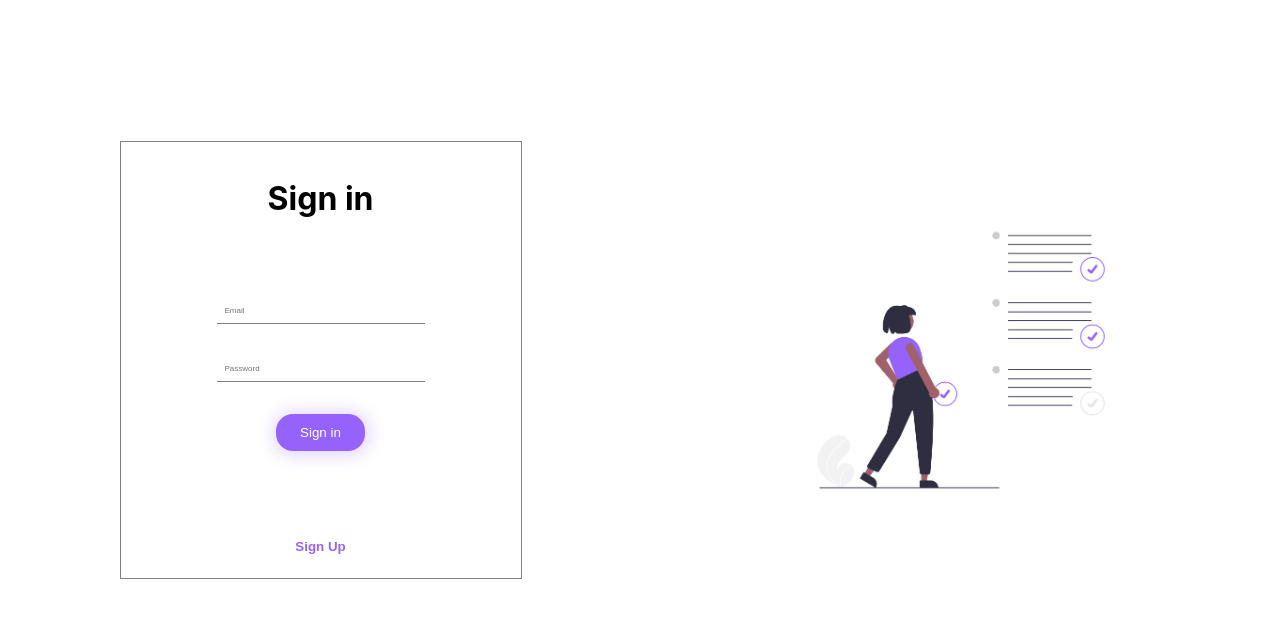
Repository: EEOOOO/wanted-pre-onboarding-fe
Page: / (app in to-do-list-app/)
These files come from the project's save history. The page is drawn as it stood at one moment and after the next save; the edit follows.
The browser window is 1280 px wide. The pictures show the whole page.
The project was rebuilt for these pictures with package versions that can differ from the ones it lists, and the page was loaded fresh each time. Also part of the build but not shown: to-do-list-app/src/components/sign_up/sign_up.module.css, to-do-list-app/src/components/sign_up/sign_up.jsx, to-do-list-app/src/components/todoList/todo_list.jsx.

Above is the page before, as saved 2022-08-22 00:40:54.

After the next save:
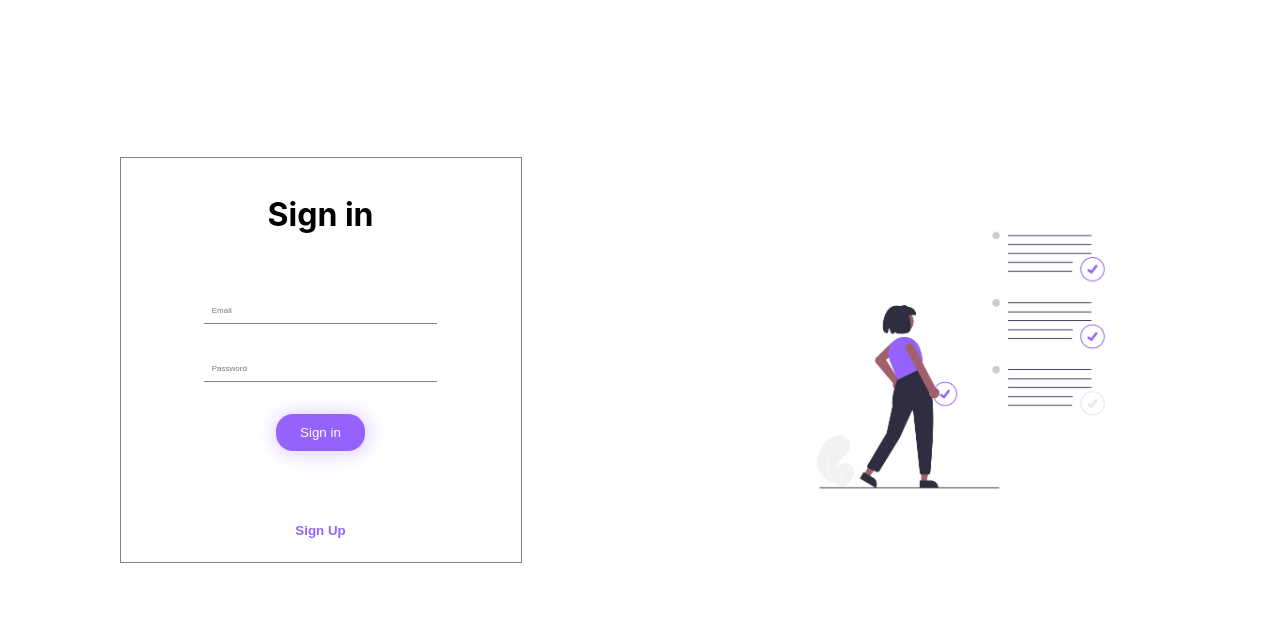
Saved 37 s later.
--- a/to-do-list-app/src/components/login_input_form/login_input_form.module.css
+++ b/to-do-list-app/src/components/login_input_form/login_input_form.module.css
@@ -1,5 +1,5 @@
 .inputForm {
-  margin: 4rem;
+  margin: 3rem;
 }
 .email,
 .password {
